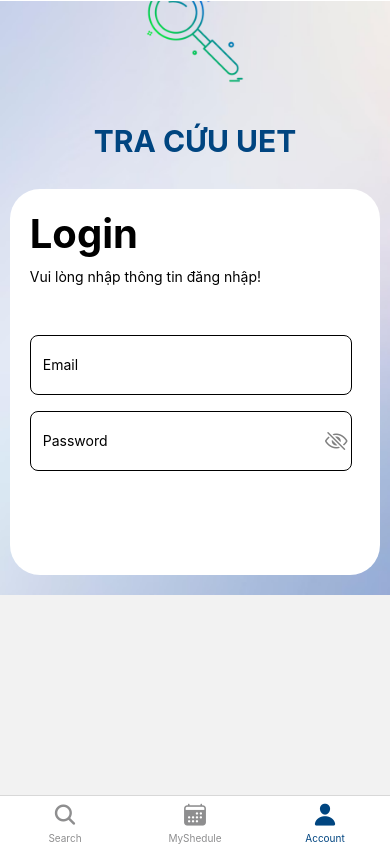
Repository: nguyenkhackien/Student-Progress-Tracker-
Screen: /Account (app in MyApp/)
The author's editor kept a copy of each file at every save. The screen is drawn from the files as they stood at one save, then again after the next save.
The app was drawn by React Native's web renderer in a window 390 px wide. The project was rebuilt for these pictures with package versions that can differ from the ones it lists, and the page was loaded fresh each time. Also part of the build but not shown: MyApp/src/components/MyScheduleScreen.js.

Above is the screen before, as saved 2024-07-21 22:23:49.

After the next save:
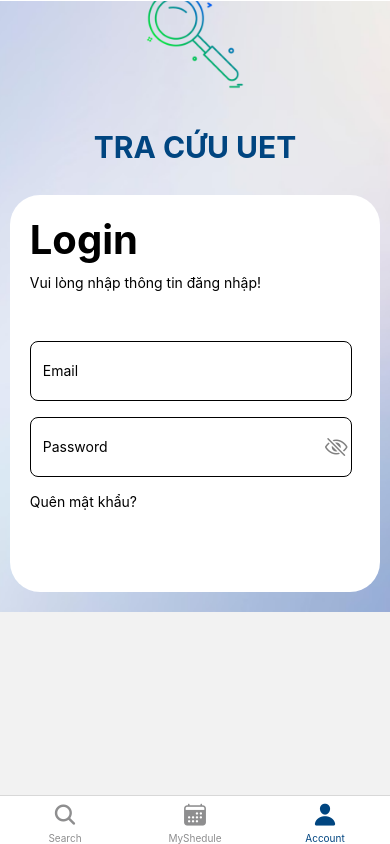
Saved 14 s later.
--- a/MyApp/src/components/LoginScreen.js
+++ b/MyApp/src/components/LoginScreen.js
@@ -79,7 +79,7 @@ const LoginScreen = () => {
                                     />
                                 </TouchableOpacity>
                             </View>
-                            <Text></Text>
+                            <Text>Quên mật khẩu?</Text>
                         </View>
                     </View>
                 </ImageBackground>
